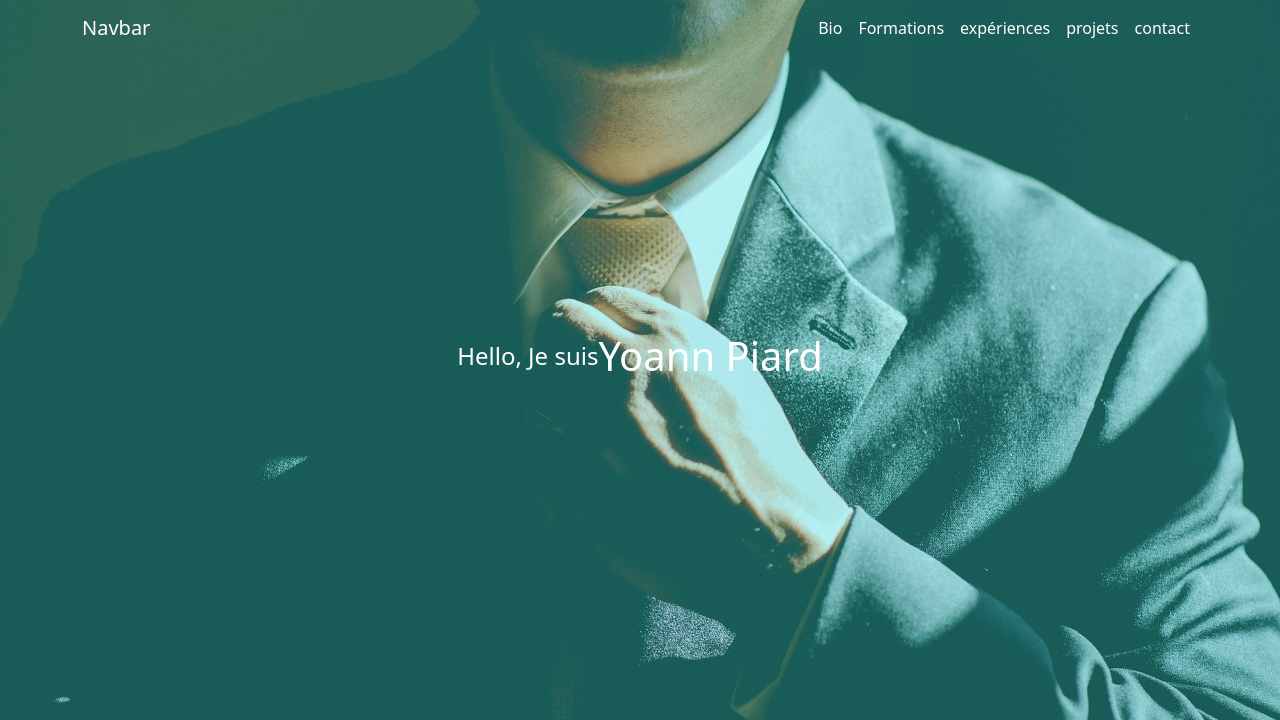
Repository: ypiard85/port-folio-bootstrap-yoann-2021
Page: index.html
An editor plug-in stored every save of this project. The page is shown before and after the next save, followed by the edit.
The browser window is 1280 px wide. The pictures show the whole page.

Above is the page before, as saved 2021-03-09 12:25:39.

After the next save:
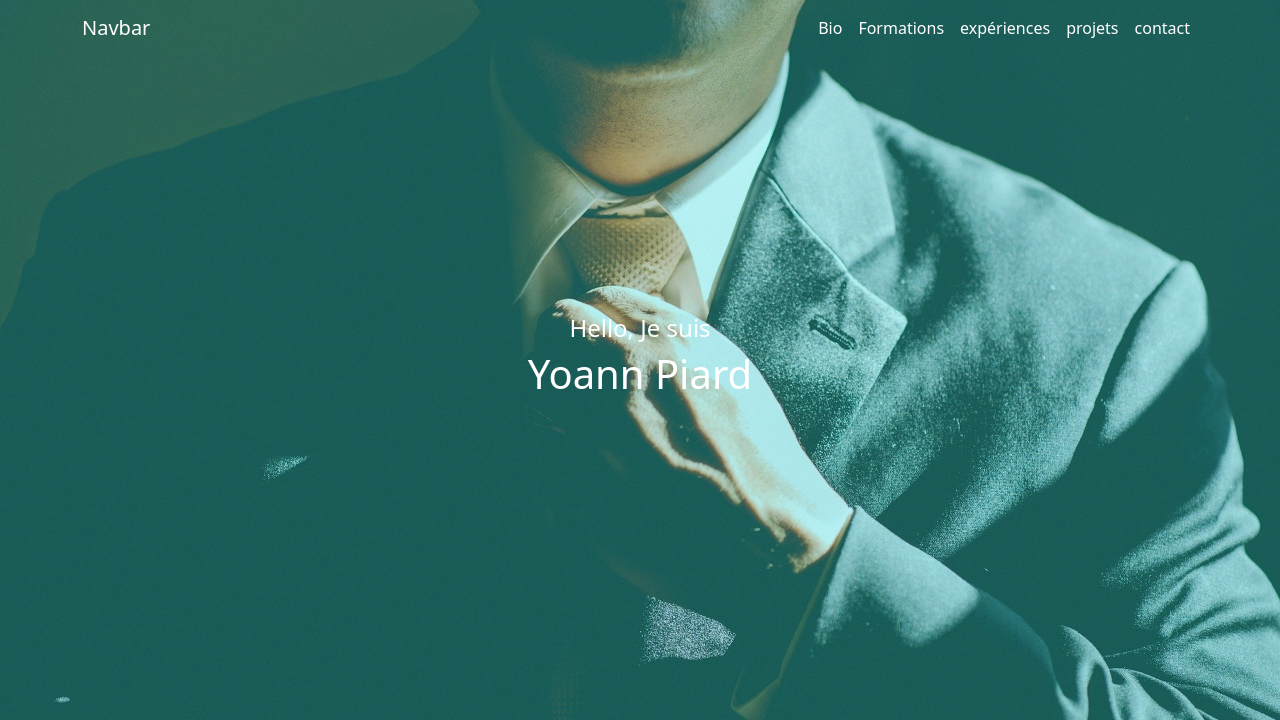
Saved 16 s later.
--- a/index.html
+++ b/index.html
@@ -39,7 +39,8 @@
             </div>
           </nav>
 
-          <header class="container-fluid d-flex align-items-center justify-content-center">
+          <header class="container-fluid flex-column
+          d-flex align-items-center justify-content-center">
               <h4>Hello, Je suis</h4>
               <h1>Yoann Piard</h1>
           </header>
